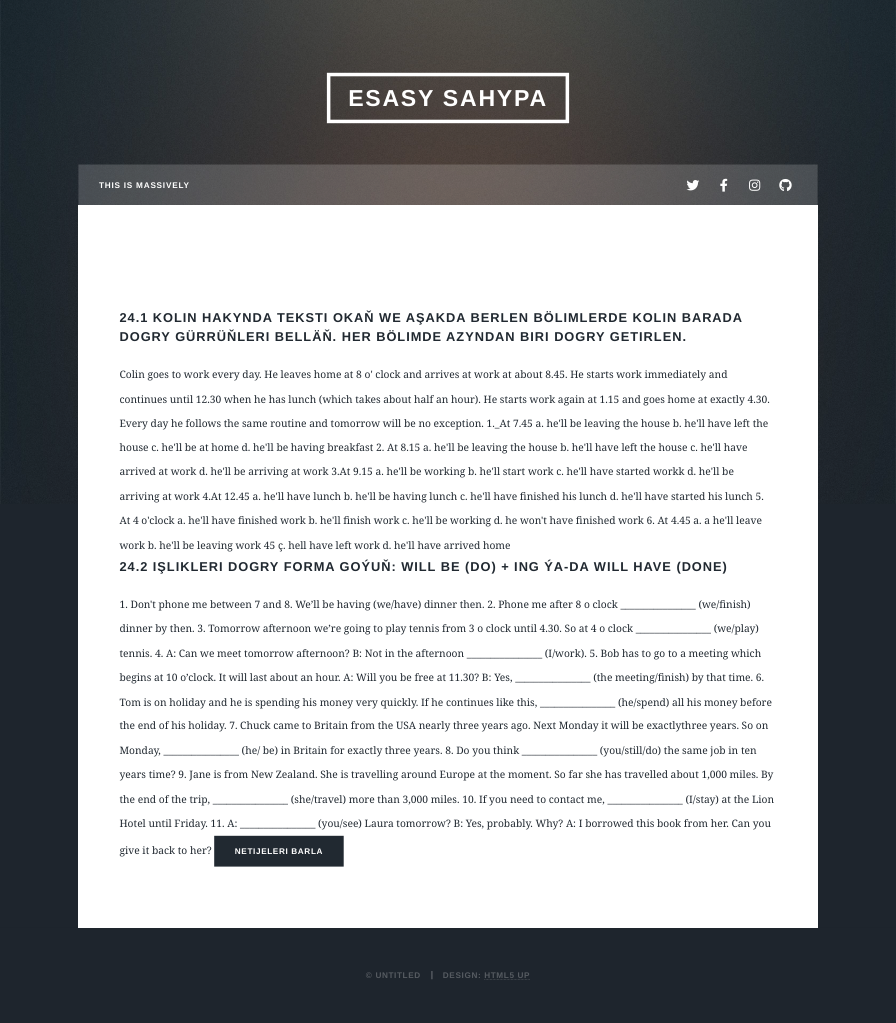
Repository: Sahet-dev/English-grammar-app
Page: test/test_unit _24.html
An editor plug-in stored every save of this project. The page is shown before and after the next save, followed by the edit.
The browser window is 1280 px wide. The pictures show the part of the page from y = 0 to 1920 px (the page is 1461 px tall before and 3342 px after), at 70% of full size.
Some web fonts or font styles are not loaded; a fallback is used.

Above is the page before, as saved 2022-06-24 16:42:22.

After the next save:
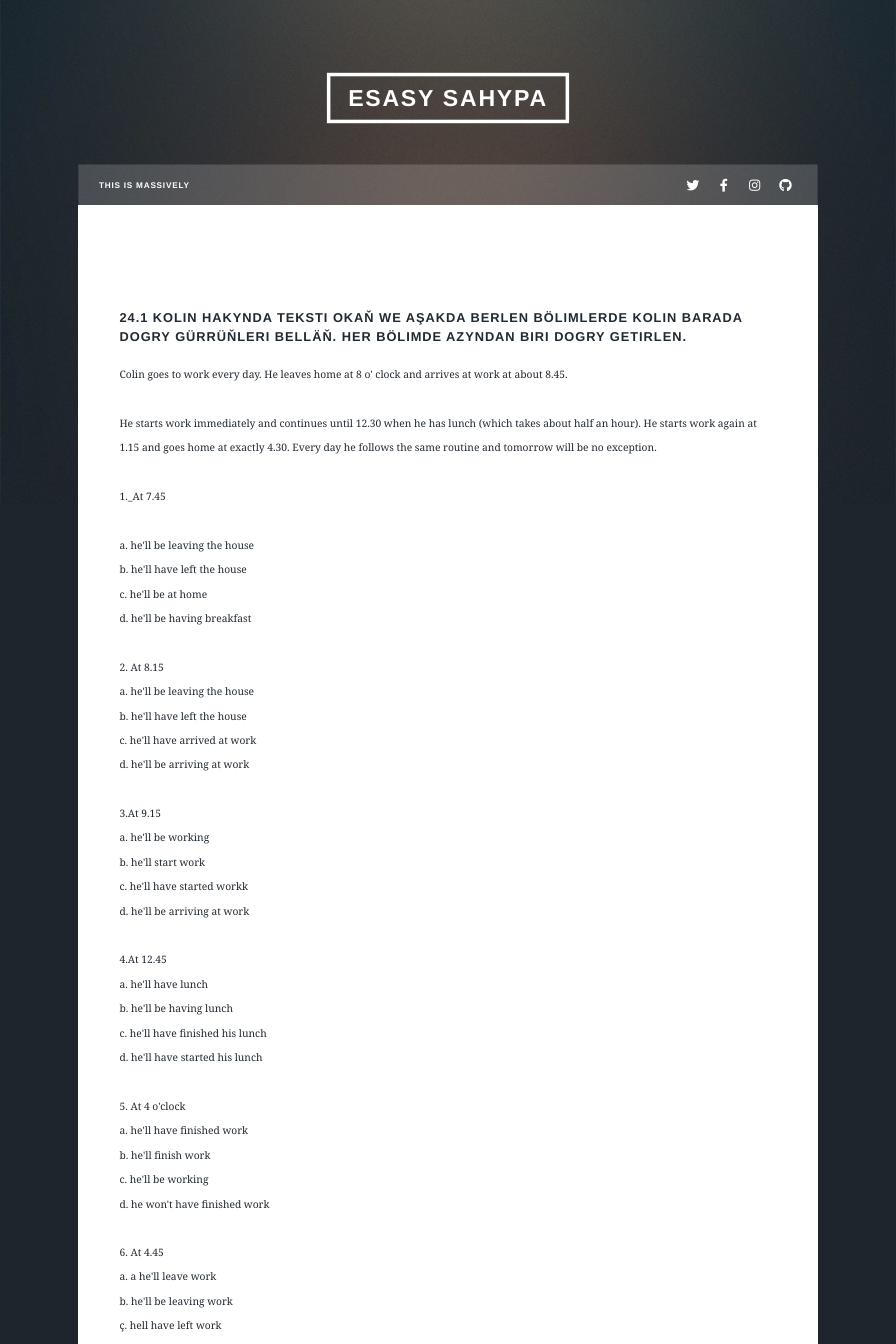
Saved 2 min 36 s later.
--- a/test/test_unit _24.html
+++ b/test/test_unit _24.html
@@ -59,122 +59,122 @@
 													</h3>
 														Colin goes to work every day. He leaves home
 														at 8 o' clock and arrives at work at about 8.45.
-
+														<br><br>
 														He starts work immediately and continues until
 														12.30 when he has lunch (which takes about
 														 half an hour). He starts work again at 1.15
 														 and goes home at exactly 4.30. Every day he
 														 follows the same routine and tomorrow will be
 														 no exception.
-
+														 <br><br>
 														1._At 7.45
-
-														a. he'll be leaving the house
-														b. he'll have left the house
-
-														c. he'll be at home
-														 d. he'll be having breakfast
-
-														2. At 8.15
-														a. he'll be leaving the house
-
-														 b. he'll have left the house
-
-														c. he'll have arrived at work
+														<br><br>
+														a. he'll be leaving the house<br>
+														b. he'll have left the house<br>
+
+														c. he'll be at home<br>
+														 d. he'll be having breakfast<br>
+														 <br>
+														2. At 8.15<br>
+														a. he'll be leaving the house<br>
+
+														 b. he'll have left the house<br>
+
+														c. he'll have arrived at work<br>
 
 														d. he'll be arriving at work
-
-														3.At 9.15
-
-														a. he'll be working
-
-														b. he'll start work
-
-														c. he'll have started workk
-														d. he'll be arriving at work
-
-														4.At 12.45
-
-														a. he'll have lunch
-
-														b. he'll be having lunch
-
-														c. he'll have finished his lunch
-														d. he'll have started his lunch
-
+														<br><br>
+														3.At 9.15<br>
+
+														a. he'll be working<br>
+
+														b. he'll start work<br>
+
+														c. he'll have started workk<br>
+														d. he'll be arriving at work<br>
+														<br>
+														4.At 12.45<br>
+
+														a. he'll have lunch<br>
+
+														b. he'll be having lunch<br>
+
+														c. he'll have finished his lunch<br>
+														d. he'll have started his lunch<br>
+														<br>
 														5.
 
-														At 4 o'clock
-
-														a. he'll have finished work
-
-														b. he'll finish work
-
-														c. he'll be working
-
-														d. he won't have finished work
-
-														6. At 4.45
-														a. a he'll leave work
-														 b. he'll be leaving work
-
-														45
-
-														ç. hell have left work
+														At 4 o'clock<br>
+
+														a. he'll have finished work<br>
+
+														b. he'll finish work<br>
+
+														c. he'll be working<br>
+
+														d. he won't have finished work<br><br>
+
+														6. At 4.45<br>
+														a. a he'll leave work<br>
+														 b. he'll be leaving work<br>
+
+
+
+														ç. hell have left work<br>
 														d. he'll have arrived home
-
+														<br><br>
 													<h3>24.2
 														Işlikleri dogry forma goýuň: will be (do) + ing  ýa-da will have (done)
 													</h3>
 														1. Don't phone me between 7 and 8. We’ll be
 														having (we/have) dinner then.
-
+														<br><br>
 														2. Phone me after 8 o clock   ________________   (we/finish) dinner by then.
-
+														<br><br>
 														3. Tomorrow afternoon we’re going to play
 														tennis from 3 o clock until 4.30. So at 4
 														o clock   ________________   (we/play) tennis.
-
-														4. A: Can we meet tomorrow afternoon?
-
-														B: Not in the afternoon   ________________   (I/work).
+														<br><br>
+														4. A: Can we meet tomorrow afternoon?<br>
+
+														B: Not in the afternoon   ________________   (I/work).<br><br>
 
 														5. Bob has to go to a meeting which begins at
-														10 o’clock. It will last about an hour.
-														A: Will you be free at 11.30?
+														10 o’clock. It will last about an hour.<br>
+														A: Will you be free at 11.30?<br>
 														B: Yes,   ________________    (the meeting/finish) by that
 
 														 time.
-
+														 <br><br>
 														6. Tom is on holiday and he is spending
-														his money very quickly. If he continues like
+														his money very quickly. <br>If he continues like
 														this,   ________________    (he/spend) all his money before
 														the end of his holiday.
-
+														<br><br>
 														7. Chuck came to Britain from the USA nearly
 														three years ago. Next Monday it will be
-														exactlythree years. So on Monday,   ________________    (he/
+														exactlythree years. <br>So on Monday,   ________________    (he/
 														be) in Britain for exactly three years.
-
+														<br><br>
 														8. Do you think   ________________    (you/still/do) the same
 
 														 job in ten years time?
-
+														 <br><br>
 
 														9. Jane is from New Zealand. She is travelling
 														around Europe at the moment. So far she has
 														travelled about 1,000 miles. By the end of the
 														trip,   ________________    (she/travel) more than 3,000
 														miles.
-
+														<br><br>
 														10. If you need to contact me,   ________________    (I/stay)
 														 at the Lion Hotel until Friday.
-
+														 <br><br>
 														11. A:   ________________   (you/see) Laura tomorrow?
-
-														B: Yes, probably. Why?
+														<br>
+														B: Yes, probably. Why?<br>
 														A: I borrowed this book from her. Can you
-														 give it back to her?
+														 give it back to her?<br><br>
 
 
 
